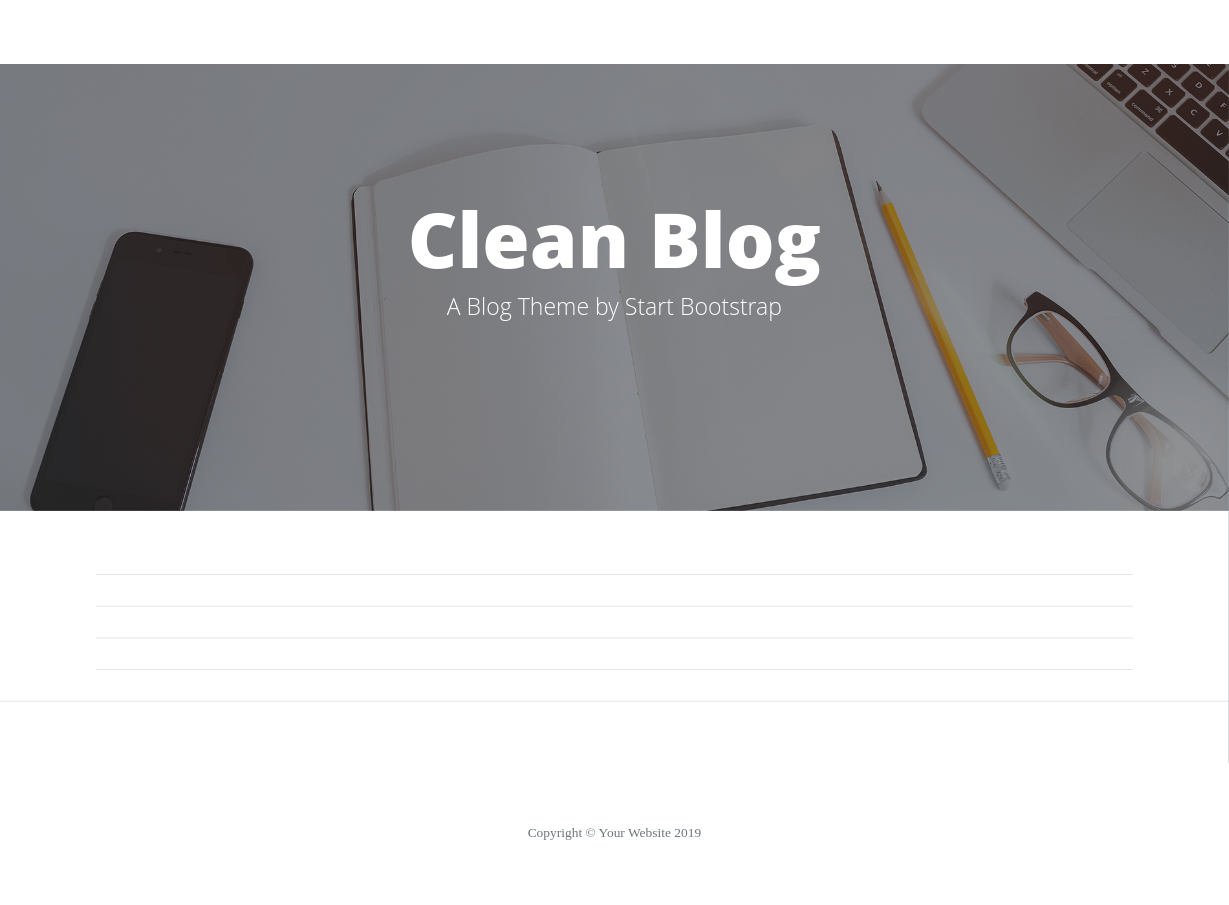
Repository: Vesss/Blog-Project
Page: http://localhost/
The author's editor kept a record of every edit. The page is drawn from the files as they stood at one moment, then again after the next edit.
The browser window is 1280 px wide. The pictures show the whole page, at 96% of full size.
The page is served by the project's application, run on Flask 3 (app.py). Queries for data that is not in the repository find no rows.

Above is the page before.

After the next edit:
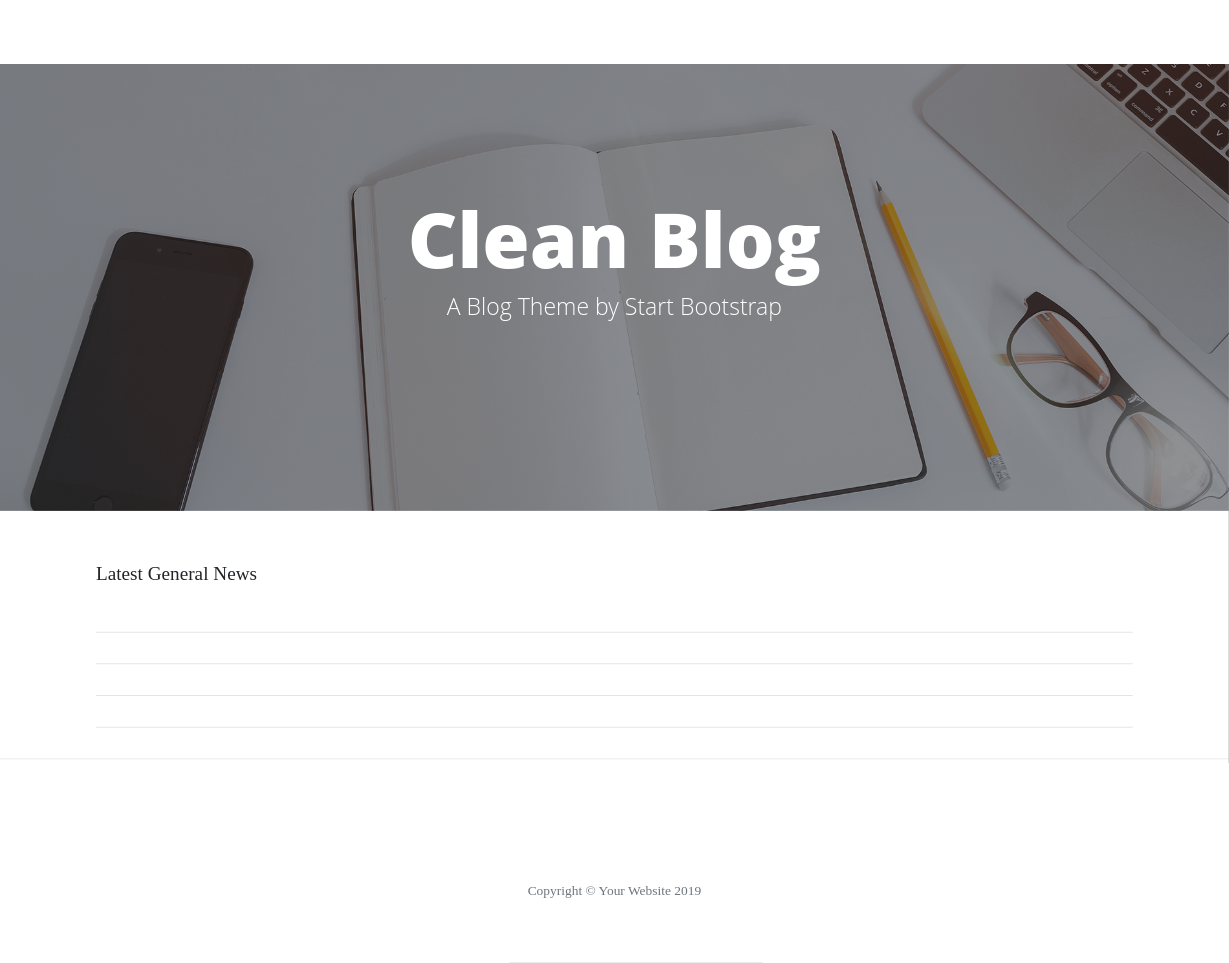
The edit:
--- a/templates/index.html
+++ b/templates/index.html
@@ -1,5 +1,6 @@
 {% extends 'base.html' %} {% block content %}
 <div class="container">
+  <p>Latest General News</p>
   <div class="row">
     <div>
       <a href="{{ url_for('general_news_page') }}">
